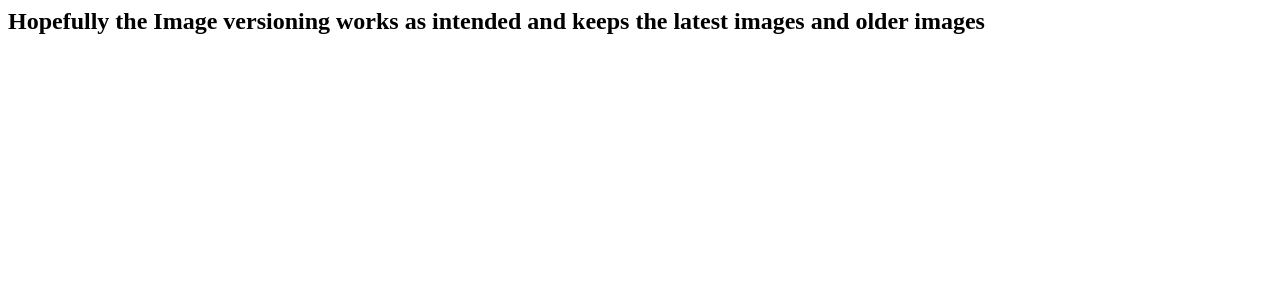
Repository: joshuaparisaca/springTomcat
Page: http://localhost/springApp/
These files come from the project's save history. The page is drawn as it stood at one moment and after the next save; the edit follows.
The browser window is 1280 px wide. The pictures show the whole page.
The page is served by Tomcat 9.

Above is the page before, as saved 2018-12-03 21:41:08.

### springApp/src/main/webapp/index.jsp
<html>
<body>
<h2>Hopefully the Image versioning works as intended and keeps the latest images and older images</h2>
</body>
</html>

After the next save:
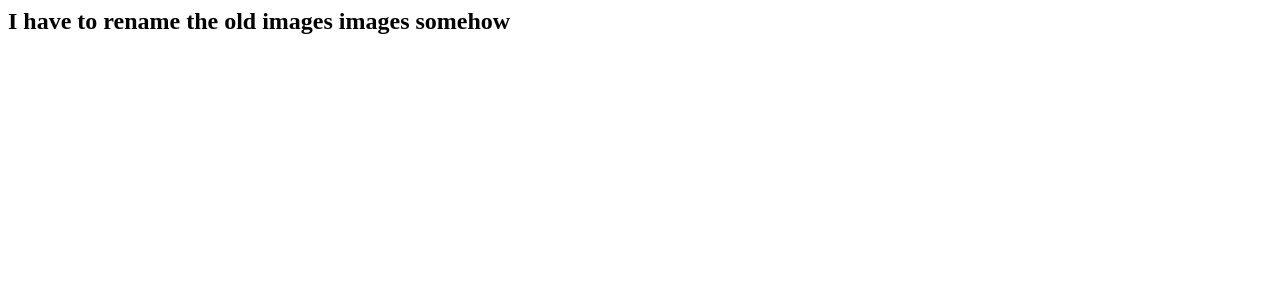
Saved 4 min 37 s later.
--- a/springApp/src/main/webapp/index.jsp
+++ b/springApp/src/main/webapp/index.jsp
@@ -1,5 +1,5 @@
 <html>
 <body>
-<h2>Hopefully the Image versioning works as intended and keeps the latest images and older images</h2>
+<h2>I have to rename the old images images somehow</h2>
 </body>
 </html>
